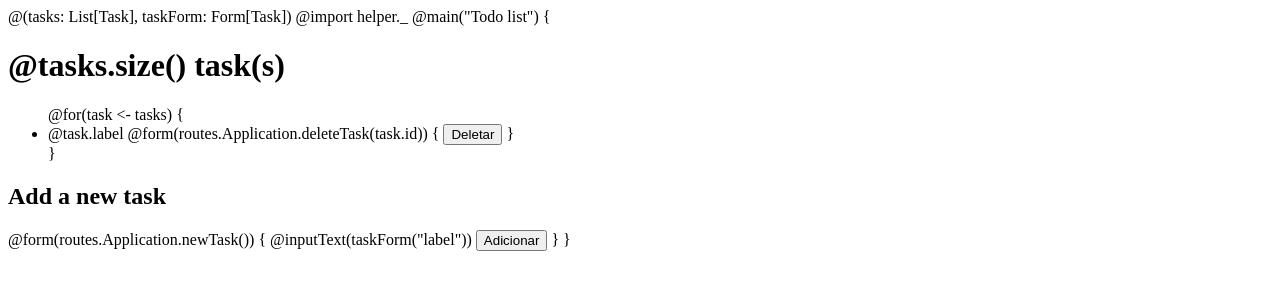
Repository: analuizamtg/si1
Page: lab2/todolist/.target/views/index.scala.html
An editor plug-in stored every save of this project. The page is shown before and after the next save, followed by the edit.
The browser window is 1280 px wide. The pictures show the whole page.

Above is the page before, as saved 2013-11-25 16:17:09.

After the next save:
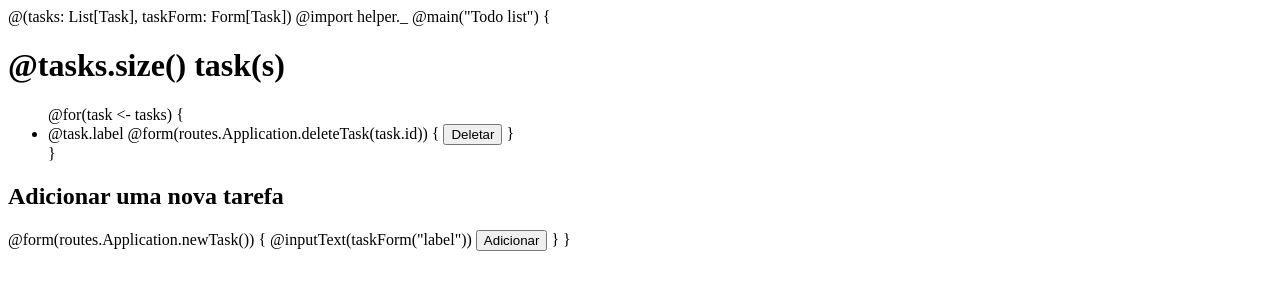
Saved 13 s later.
--- a/lab2/todolist/.target/views/index.scala.html
+++ b/lab2/todolist/.target/views/index.scala.html
@@ -18,7 +18,7 @@
         }
     </ul>
 
-    <h2>Add a new task</h2>
+    <h2>Adicionar uma nova tarefa</h2>
 
     @form(routes.Application.newTask()) {
 
